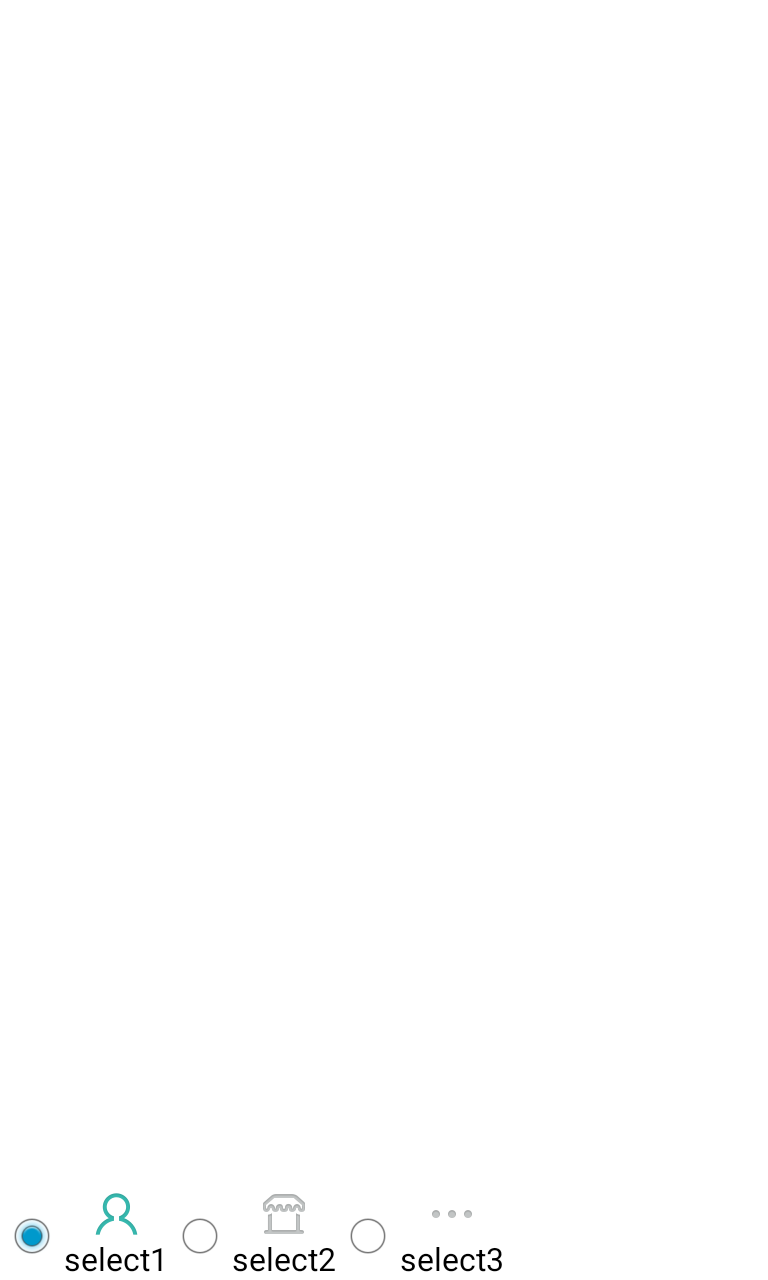
Repository: Lei13/Android
Layout: android_frame/res/layout/main_fragment_activity_layout.xml
An editor plug-in stored every save of this project. The layout is shown before and after the next save, followed by the edit.
It is drawn on a 768 x 1280 px phone screen (xhdpi) without system bars, with theme AppTheme; the app's code is not run. Lists and similar views that code fills are empty.

Above is the layout before, as saved 2015-12-06 06:50:23.

After the next save:
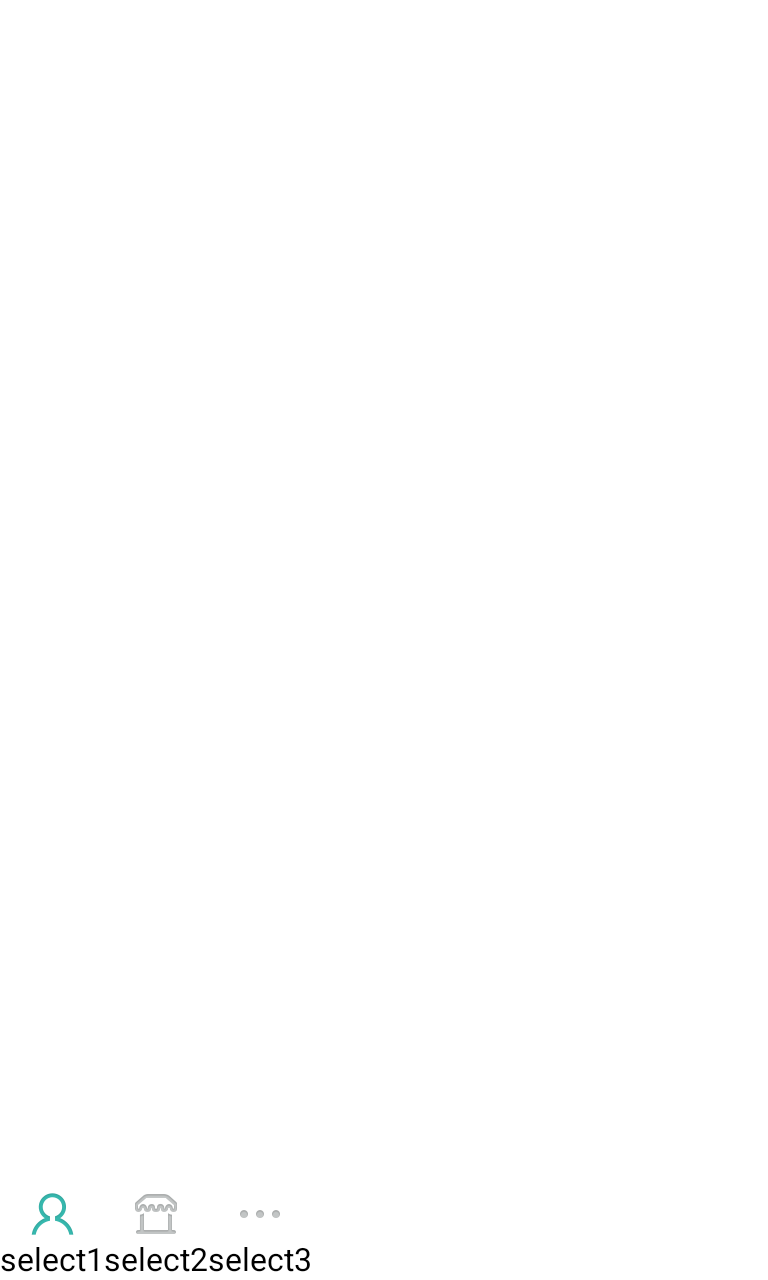
Saved 47 s later.
--- a/android_frame/res/layout/main_fragment_activity_layout.xml
+++ b/android_frame/res/layout/main_fragment_activity_layout.xml
@@ -15,6 +15,7 @@
             android:layout_width="wrap_content"
             android:layout_height="wrap_content"
             android:layout_weight="1"
+            android:button="@null"
             android:checked="true"
             android:drawableTop="@drawable/tab_button1_selector"
             android:text="select1" />
@@ -24,6 +25,7 @@
             android:layout_width="wrap_content"
             android:layout_height="wrap_content"
             android:layout_weight="1"
+            android:button="@null"
             android:drawableTop="@drawable/tab_button2_selector"
             android:text="select2" />
 
@@ -32,6 +34,7 @@
             android:layout_width="wrap_content"
             android:layout_height="wrap_content"
             android:layout_weight="1"
+            android:button="@null"
             android:drawableTop="@drawable/tab_button3_selector"
             android:text="select3" />
     </RadioGroup>
